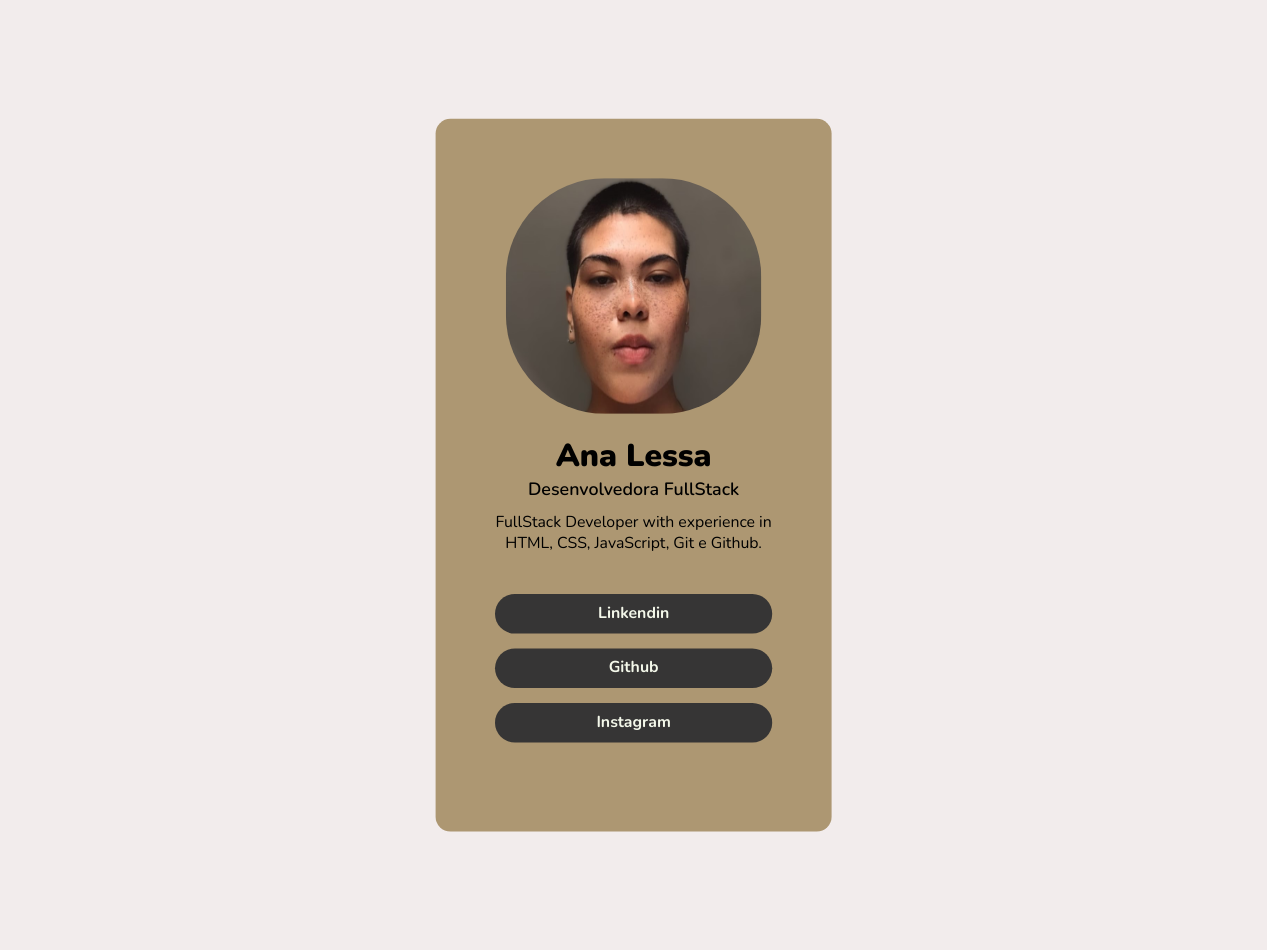
Repository: analessp/linktree
Page: index.html
These files come from the project's save history. The page is drawn as it stood at one moment and after the next save; the edit follows.
The browser window is 1280 px wide. The pictures show the whole page, at 99% of full size.

Above is the page before, as saved 2025-04-11 10:28:18.

### index.html
<!DOCTYPE html>
<html lang="pt-BR">
<head>
    <meta charset="UTF-8">
    <meta name="viewport" content="width=device-width, initial-scale=1.0">
    <title>Linktree Ana Lessa</title>
    <link rel="stylesheet" href="style.css">
    <link rel="preconnect" href="https://fonts.googleapis.com">
    <link rel="preconnect" href="https://fonts.gstatic.com" crossorigin>
    <link href="https://fonts.googleapis.com/css2?family=Nunito:ital,wght@0,200..1000;1,200..1000&display=swap" rel="stylesheet">
</head>
<body>
    <div class="container-main">
    <div class="container-image">
        <img src="./assets/img.jpg" alt="Foto de Ana Lessa">
    </div>
    <div class="container-infos">
        <h1>Ana Lessa</h1>
        <h2>Desenvolvedora FullStack</h2>
    </div>
    <div class="container-easter-egg">
        <p>FullStack Developer with experience in HTML, CSS, JavaScript, Git e Github.</p>
    </div>
    <div class="container-social-links">
        <ul>
            <a href="https://www.linkedin.com/in/ana-lessa-2a312a253/" target="_blank">
            <li>Linkendin</li></a>
            <a href="https://github.com/analessp" target="_blank">
            <li>Github</li></a>
            <a href="https://www.instagram.com/analessp/" target="_blank">
            <li>Instagram</li></a>
        </ul>
    </div>
    </div>
</body>
</html>

### style.css
* {
    font-family: "Nunito", sans-serif;
    margin: 0;
    padding: 0;
    box-sizing: border-box;
}

body {
    background-color: #f2ecec;
}

.container-main {
    background-color: #ad9772;
    width: 400px;
    height: 720px;
    box-sizing: border-box;
    margin: 120px auto;
    padding: 60px;
    border-radius: 15px;
    text-align: center;
}

.container-image img{
        width: 258px;
        height: 238px;
        border-radius: 100px;
}

.container-infos {
margin-top: 15px;
margin-bottom: 10px;
}

.container-infos h1 {
    font-weight: 900;
}

.container-infos h2 {
    font-weight: 600;
    font-size: 18px;
}

.container-social-links ul {
    list-style: none;
}

.container-social-links a {
    text-decoration: none;
    color: #f4f8ea;
}

.container-social-links {
    margin-top: 40px;
}

.container-social-links li {
    width: 280px;
    height: 40px;
    background-color: #363535;
    margin: 15px 0;
    padding: 8px 0;
    border-radius: 20px;
    font-weight: 700;
}

After the next save:
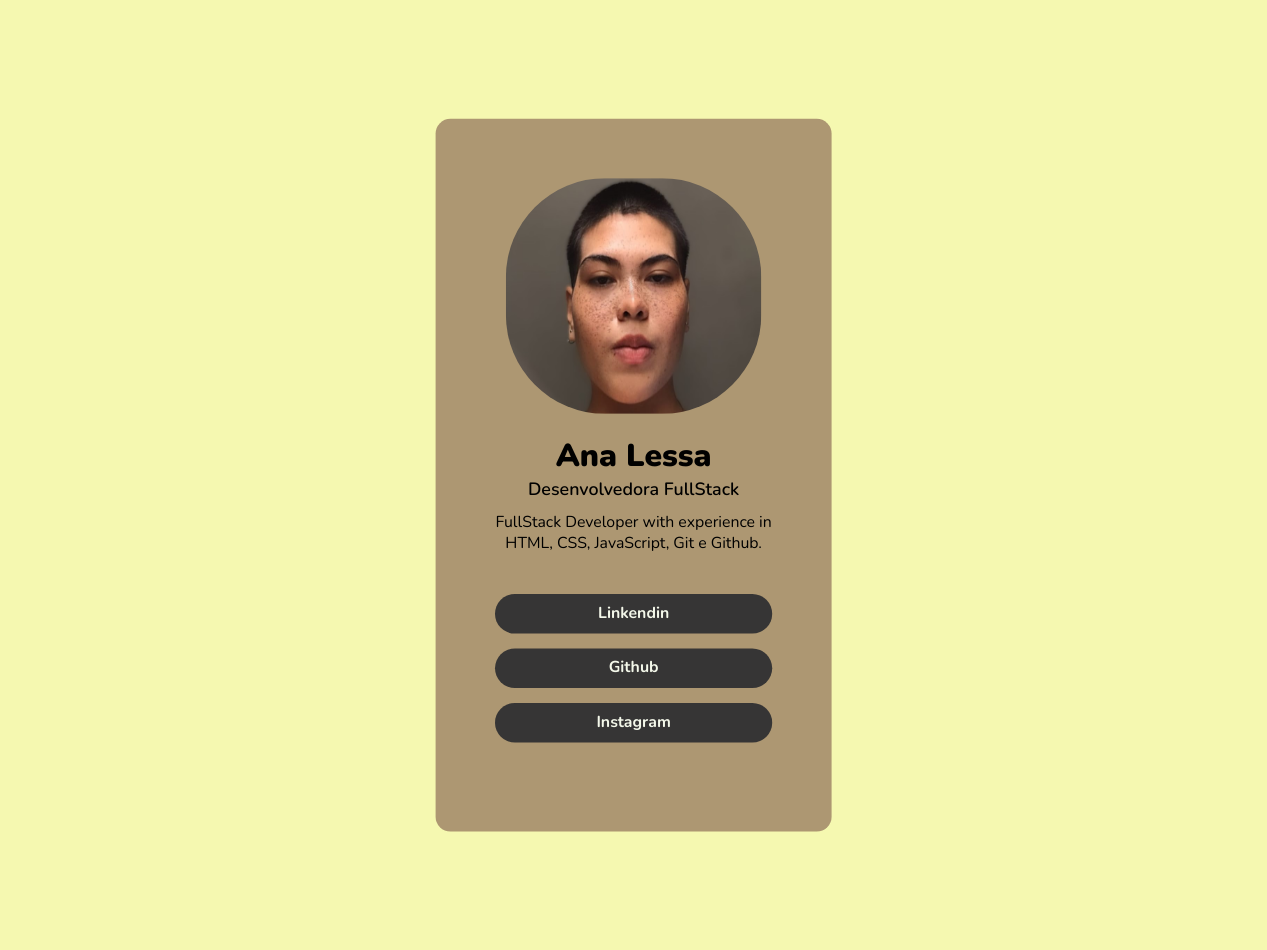
Saved 87 s later.
--- a/style.css
+++ b/style.css
@@ -6,7 +6,7 @@
 }
 
 body {
-    background-color: #f2ecec;
+    background-color: #f5f8b0;
 }
 
 .container-main {
